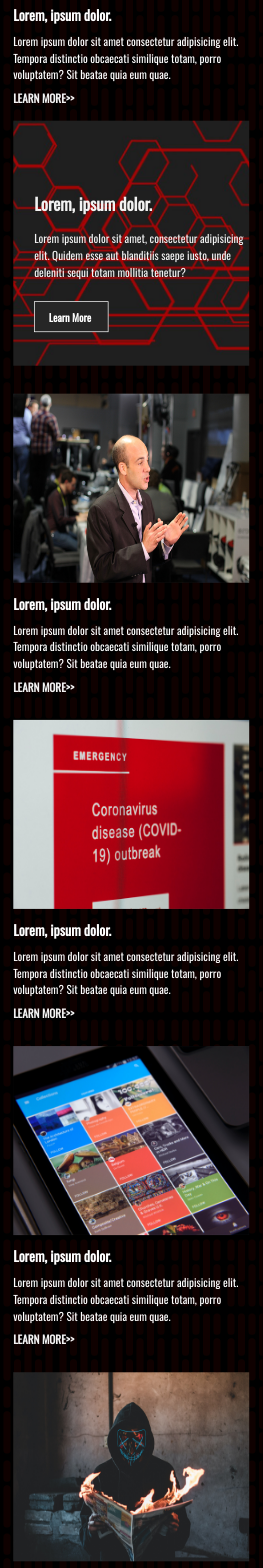
Repository: NickArregoces/News_Web
Page: index.html
The author's editor kept a copy of each file at every save. The page is drawn from the files as they stood at one save, then again after a run of saves.
The browser window is 375 px wide. The pictures show the part of the page from y = 2329 to 4569 px (the page is 6083 px tall), at 70% of full size.

Above is the page before, as saved 2021-12-24 21:13:45.

After the next 3 saves:
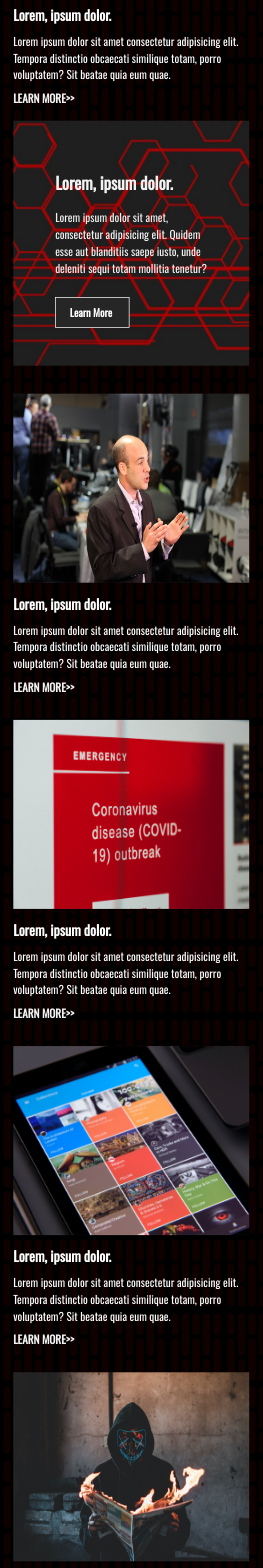
The 3 saves are shown as one change because they came seconds apart.
The last was saved 9 s later.
--- a/style.Css
+++ b/style.Css
@@ -282,5 +282,6 @@ hr{
     .cards-banner-two .content,
     .cards-banner-one .content{
         width: 100%;
-    }
-}
+        padding: 60px ;
+    }
+}
